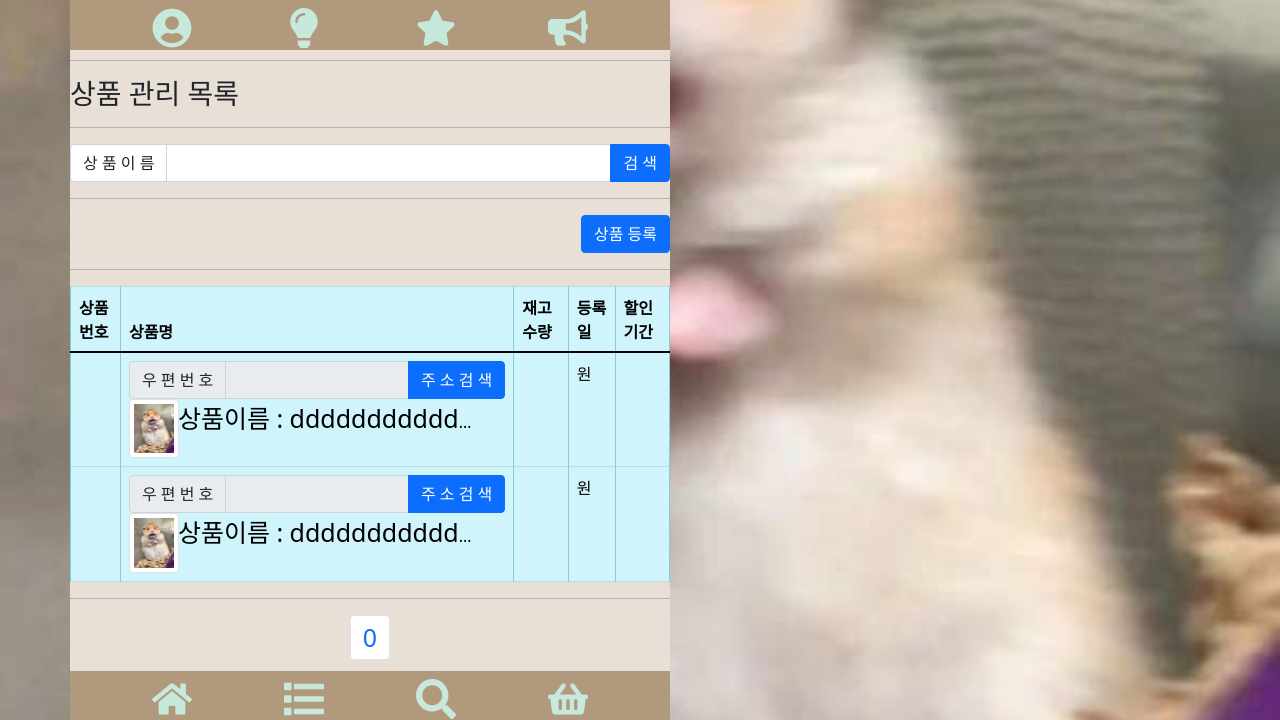
Repository: heegyu97/project
Page: http://localhost/0801_mvc2/WEB-INF/views/seller/productList.jsp
An editor plug-in stored every save of this project. The page is shown before and after the next save, followed by the edit.
The browser window is 1280 px wide. The pictures show the whole page.
An inner scrolling area shows only its first screen. Some web libraries are served in a nearby version. The page is served by Tomcat 9. Nobody is signed in. The template is opened directly, without the code that normally fills it, so the values that code supplies are empty.

Above is the page before, as saved 2022-08-11 08:19:40.

After the next save:
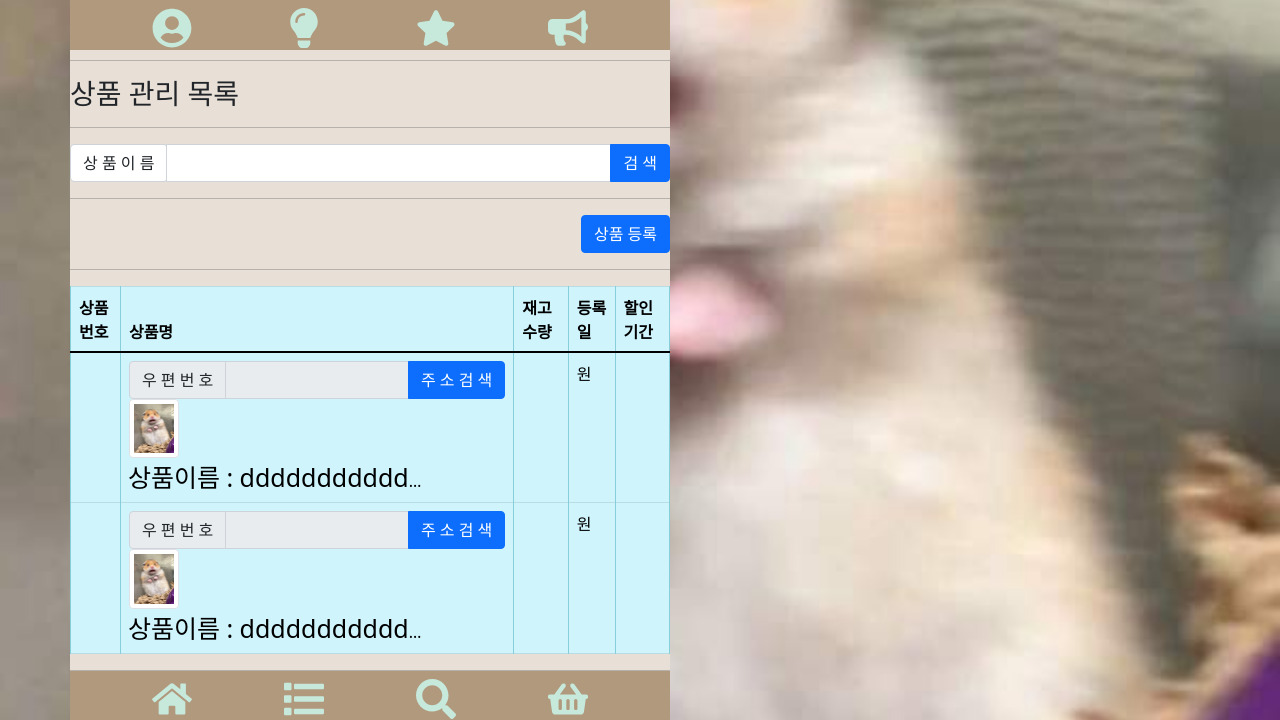
Saved 33 s later.
--- a/0801_mvc2/src/main/webapp/WEB-INF/views/seller/productList.jsp
+++ b/0801_mvc2/src/main/webapp/WEB-INF/views/seller/productList.jsp
@@ -75,7 +75,7 @@
 							</div>
 
 							<div class="input-group">
-								<a class="" href="${pageContext.request.contextPath}/guest/detail">
+								<a class="input-group" href="${pageContext.request.contextPath}/guest/detail">
 									<img src="${pageContext.request.contextPath}/resources/img/bg.jpeg"
 										width="50px" height="50px" class="img-thumbnail ">
 								</a>
